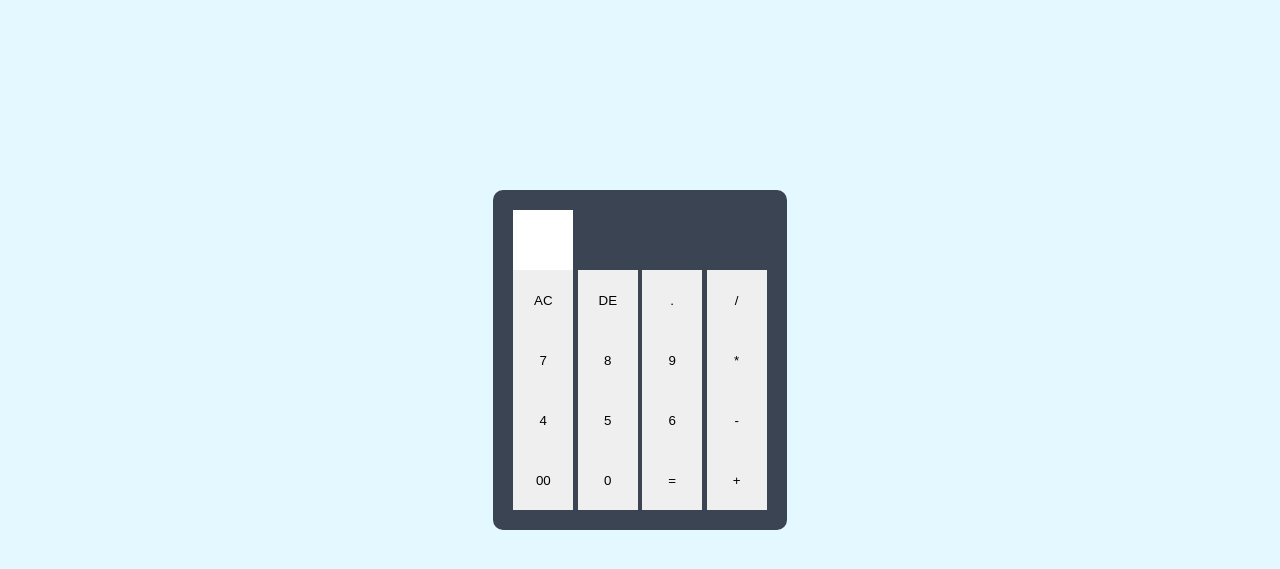
Repository: YAAMAR/calculator
Page: index.html
An editor plug-in stored every save of this project. The page is shown before and after a run of saves, followed by the edit.
The browser window is 1280 px wide. The pictures show the whole page.

Above is the page before, as saved 2024-05-02 21:31:13.

### index.html
<!DOCTYPE html>
<html lang="en">
<head>
    <meta charset="UTF-8">
    <meta name="viewport" content="width=device-width, initial-scale=1.0">
    <title>Calculator using javascript-Easy Tutorials</title>
    <link rel="stylesheet" href="style.css">
</head>
<body>
    <div class="container">
        <div class="calculator">
            <form >
                <div>
                    <input type="text" name="display">

                </div>
                <div>
                    <input type="button" value="AC">
                    <input type="button" value="DE">
                    <input type="button" value=".">
                    <input type="button" value="/">
                    <div>
                        <input type="button" value="7">
                        <input type="button" value="8">
                        <input type="button" value="9">
                        <input type="button" value="*">
                    </div>
                    <div>
                        <input type="button" value="4">
                        <input type="button" value="5">
                        <input type="button" value="6">
                        <input type="button" value="-"></div>
                </div>
                <div>
                      <input type="button" value="00">
                    <input type="button" value="0">
                    <input type="button" value="=">
                    <input type="button" value="+"></div>
            </form>
        </div>

    </div>
</body>
</html>

### style.css
*{
    margin: 0;
    padding: 0;
    font-family: 'poppies',sans-serif;
    box-sizing: border-box;
}
.container{
    width: 100%;
    height: 100vh;
    background: #e3f9ff;
    display: flex;
    align-items: center;
    justify-content: center;
}
.calculator{
    background: #3a4452;
    padding: 20px;
    border-radius: 10px;
}
.calculator form input{
    border: 0;
    outline: 0;
    width: 60px;
    height: 60px;
    border-radius: ;
}

After the next 3 saves:
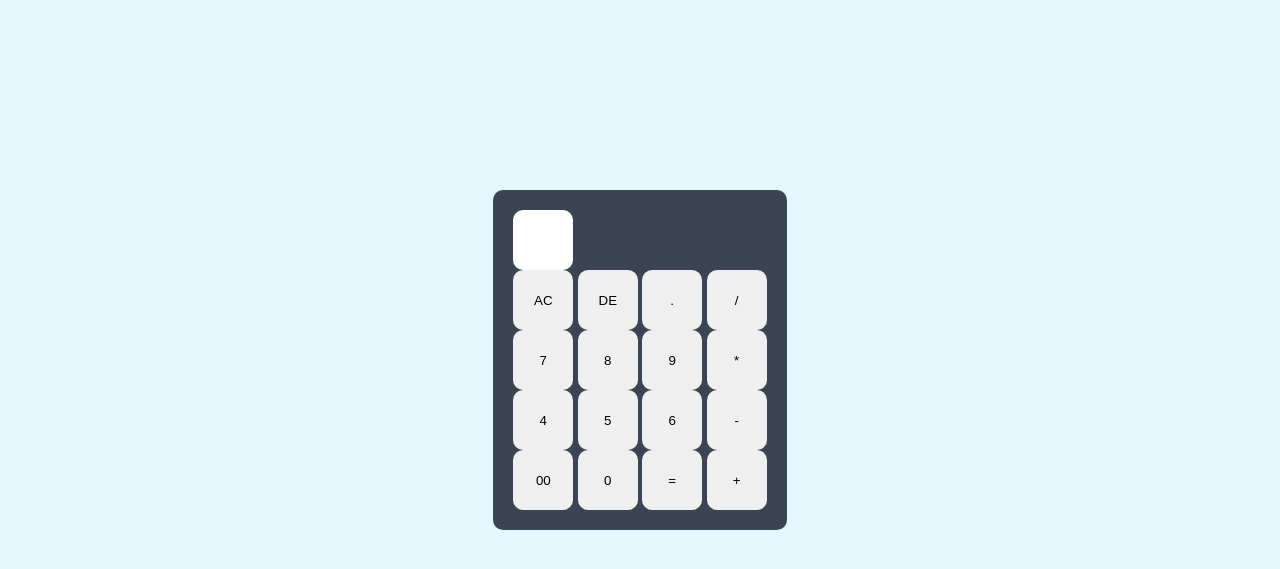
The 3 saves are shown as one change because they came seconds apart.
The last was saved 12 s later.
--- a/style.css
+++ b/style.css
@@ -22,5 +22,6 @@
     outline: 0;
     width: 60px;
     height: 60px;
-    border-radius: ;
+    border-radius: 10px;
+    bo
 }
